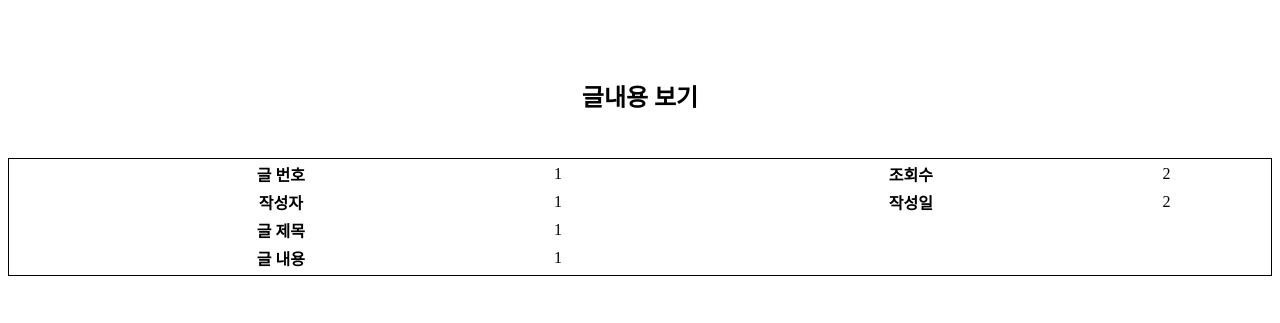
Repository: dlswn666/SpringStudy
Page: http://localhost/boardMVC/WEB-INF/jsp/board/context.jsp
The author's editor kept a copy of each file at every save. The page is drawn from the files as they stood at one save, then again after the next save.
The browser window is 1280 px wide. The pictures show the whole page.
The page is served by Tomcat 9. Nobody is signed in. Other server files are loaded and not shown. The template is opened directly, without the code that normally fills it, so the values that code supplies are empty.

Above is the page before, as saved 2021-02-28 06:00:56.

### boardMVC/WebContent/WEB-INF/jsp/board/context.jsp
<%@ page language="java" contentType="text/html; charset=UTF-8"
    pageEncoding="UTF-8"%>
<!DOCTYPE html>
<html>
<head>
<meta charset="UTF-8">
<title>Insert title here</title>
<style type="text/css">
	.readInfo{
		padding-top : 50px;
		height: 100px;
		width : 200px;
	}

	table {
		border: 1px solid black;
		width: 100%;
	}
</style>

</head>
<body>
	<div align="center">
		<div class="readInfo">
			<h2> 글내용 보기</h2>
		</div>
		<table boarder="1px" >
			<tr>
				<th>글 번호</th>
				<td><%=1 %></td>
				<th>조회수</th>
				<td><%=2 %></td>
			</tr>
			<tr>
				<th>작성자</th>
				<td><%=1 %></td>
				<th>작성일</th>
				<td><%=2 %></td>
			</tr>
			<tr>
				<th>글 제목</th>
				<td colspan="3">1</td>
			</tr>
			<tr>
				<th>글 내용</th>
				<td colspan="3">1</td>
			</tr>
			<tr>

			</tr>
		</table>

	</div>
</body>
</html>

After the next save:
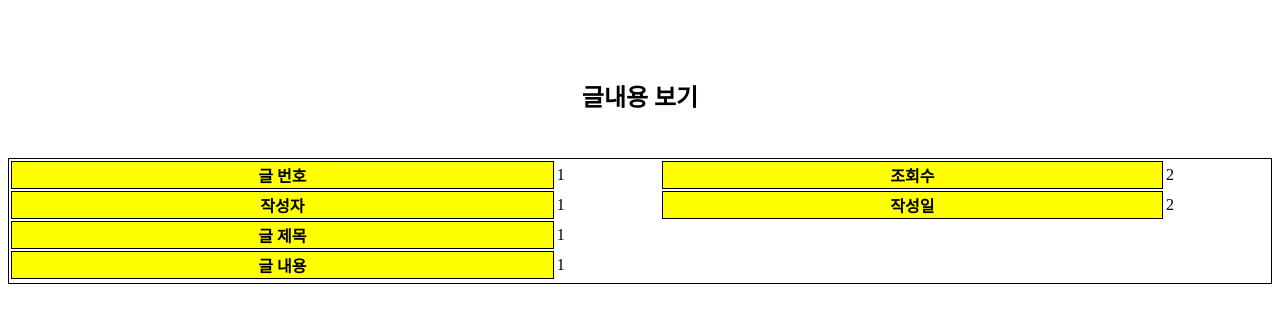
Saved 93 s later.
--- a/boardMVC/WebContent/WEB-INF/jsp/board/context.jsp
+++ b/boardMVC/WebContent/WEB-INF/jsp/board/context.jsp
@@ -15,6 +15,10 @@
 	table {
 		border: 1px solid black;
 		width: 100%;
+	}
+	th{
+		border: 1px solid black;
+		background-color: yellow;
 	}
 </style>
 
